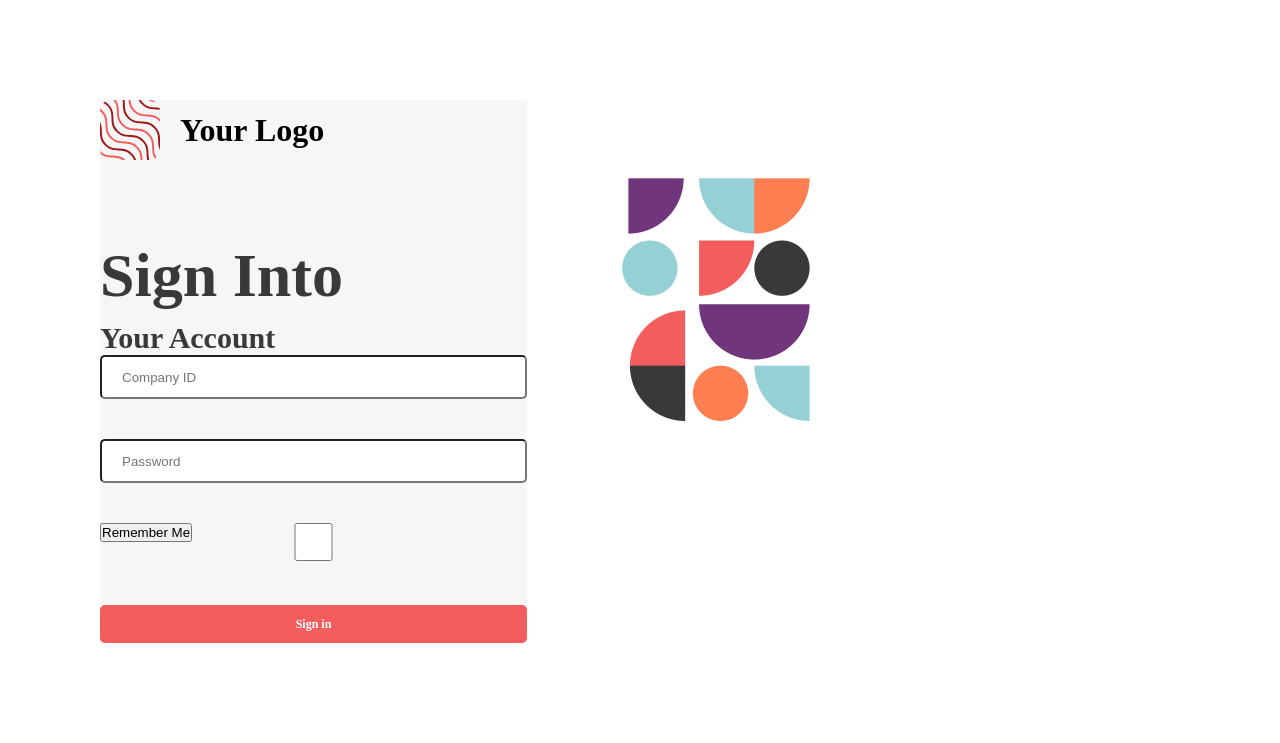
Repository: kubrazamanova/Form-lesson2
Page: index.html
These files come from the project's save history. The page is drawn as it stood at one moment and after the next save; the edit follows.
The browser window is 1280 px wide. The pictures show the whole page.

Above is the page before, as saved 2023-10-28 10:20:17.

After the next save:
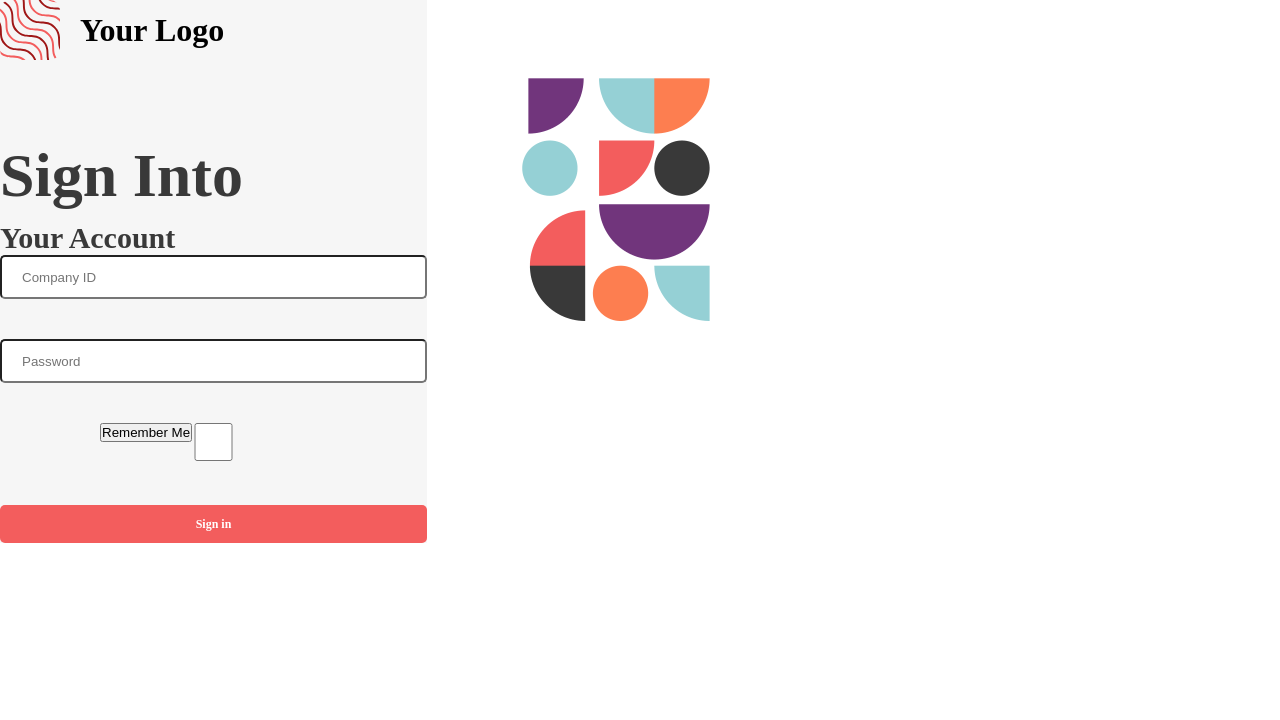
Saved 50 s later.
--- a/index.css
+++ b/index.css
@@ -5,7 +5,7 @@
 }
 
 .container {
-  padding: 100px 0 100px 100px;
+  /* padding: 100px 0 100px 100px; */
 
   display: flex;
 }
